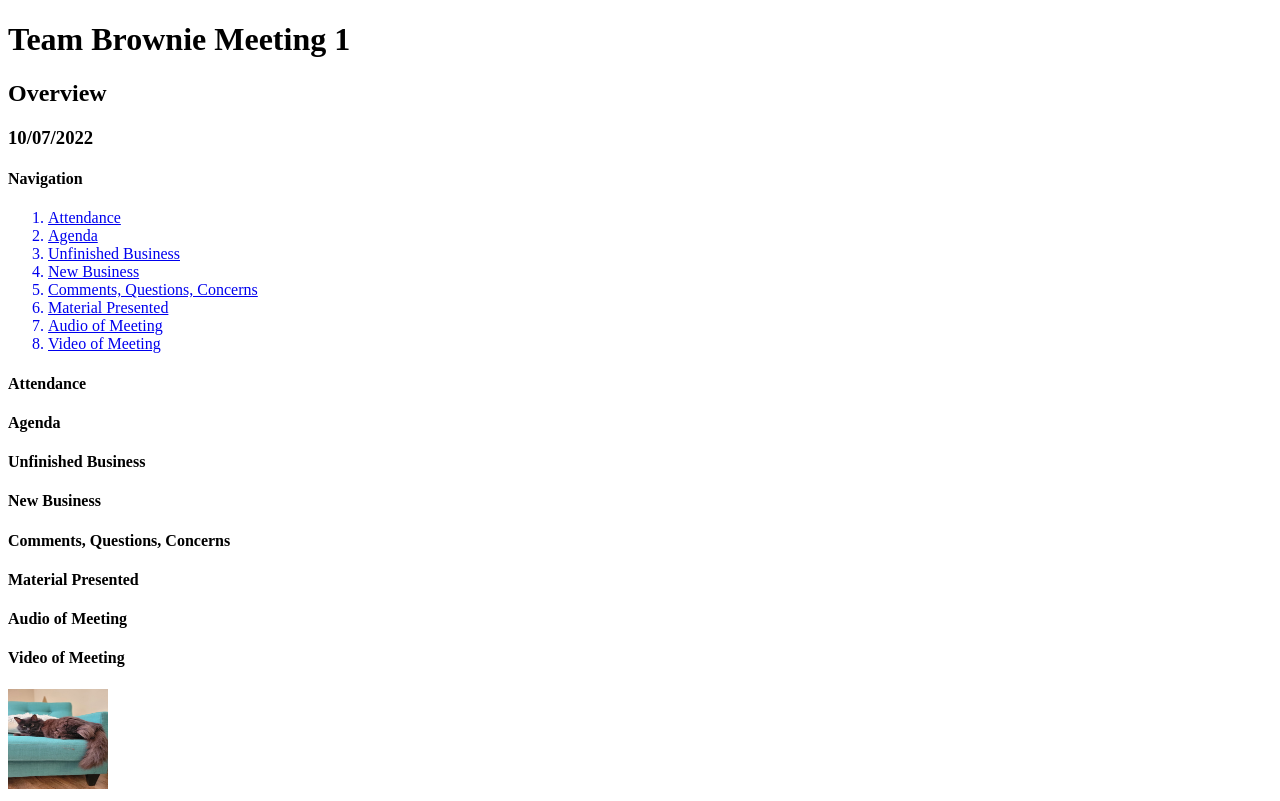
Repository: sarahtthomson/fa22-cse110-lab3
Page: index.html
An editor plug-in stored every save of this project. The page is shown before and after the next save, followed by the edit.
The browser window is 1280 px wide. The pictures show the whole page.

Above is the page before, as saved 2022-10-07 15:03:10.

After the next save:
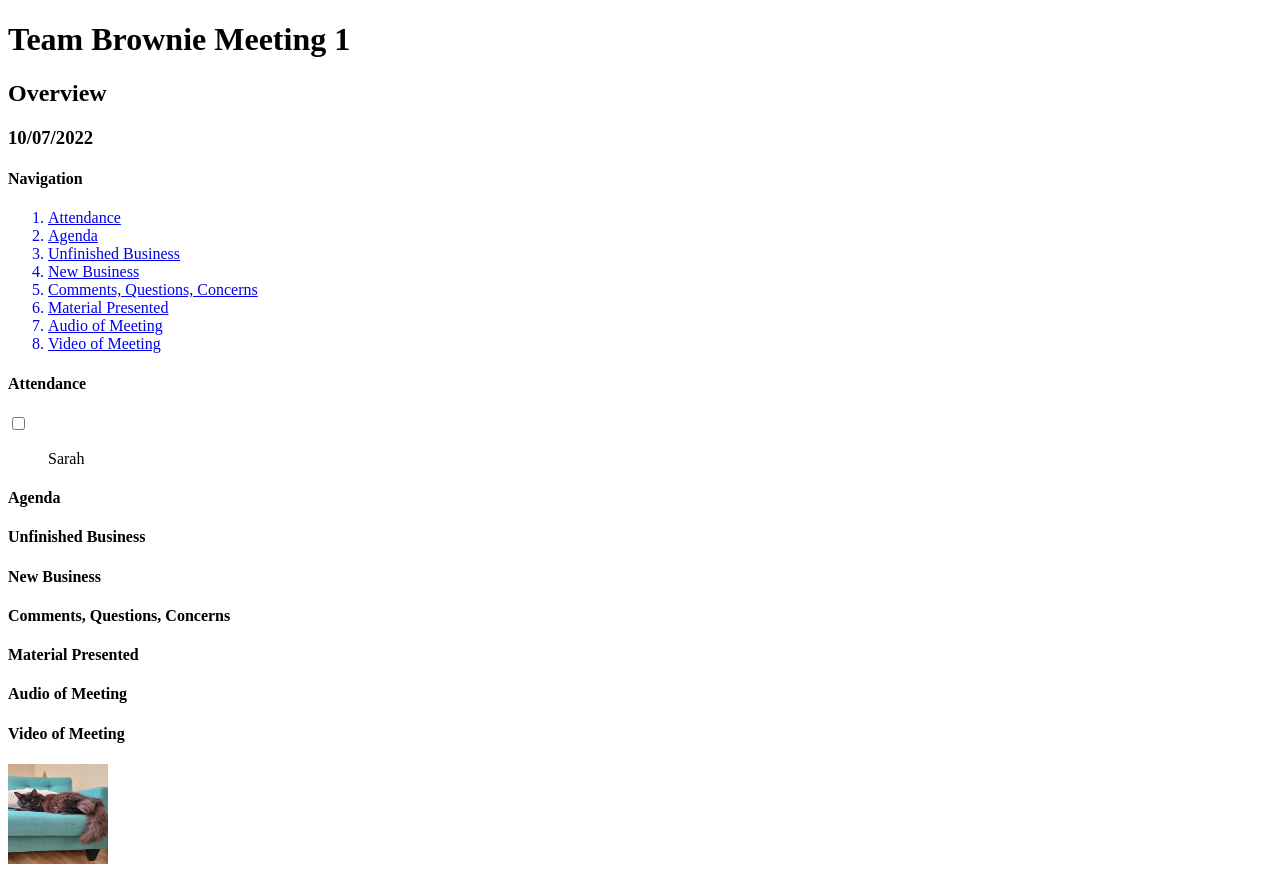
Saved 4 min 39 s later.
--- a/index.html
+++ b/index.html
@@ -27,6 +27,7 @@
             </div>
             <div class="Attendance" id="Attendance">
                 <h4>Attendance</h4>
+                <input type="checkbox"><ul>Sarah</ul>
             </div>
             <div class="Agenda" id="Agenda">
                 <h4>Agenda</h4>
